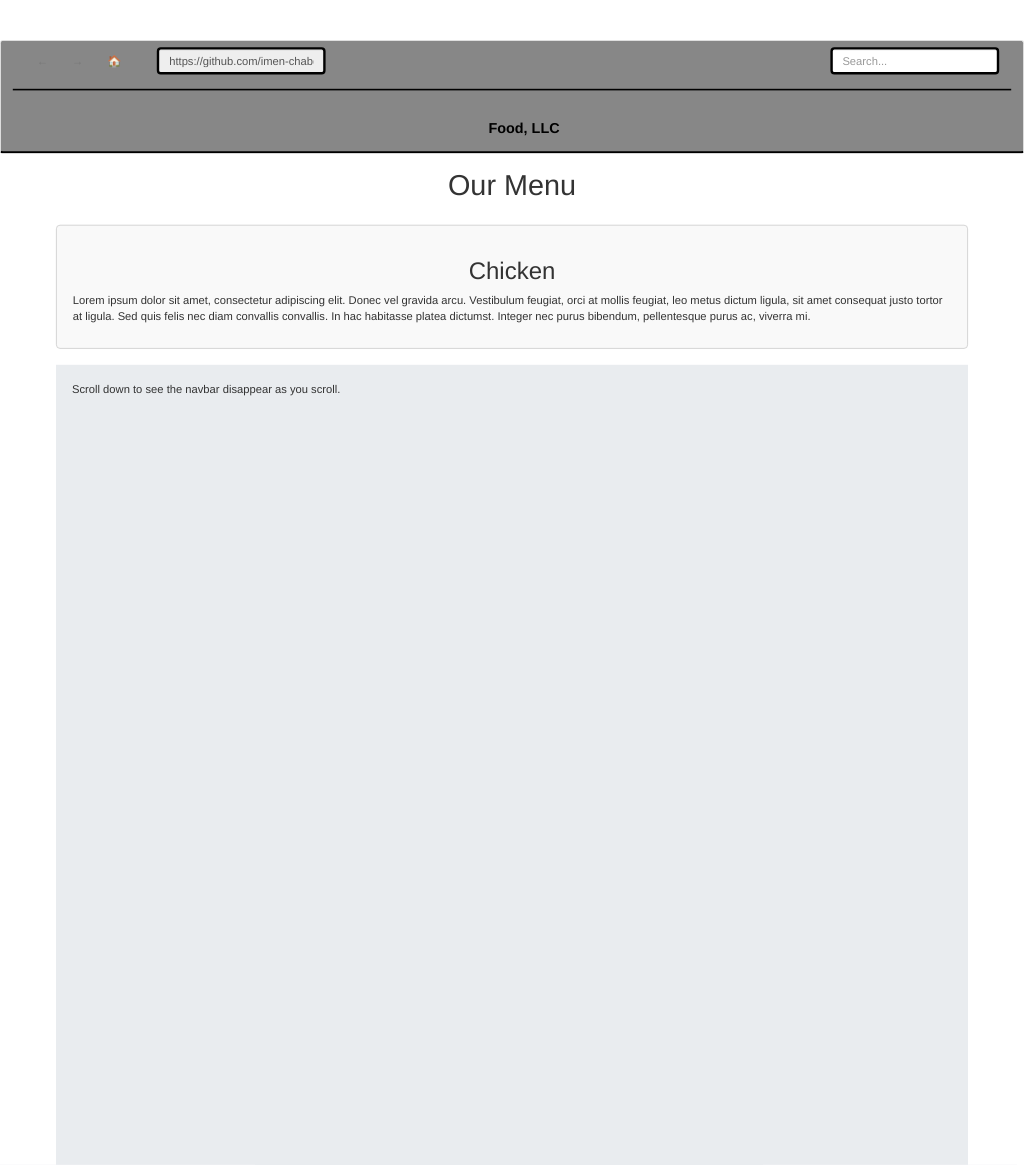
Repository: imen-chabchoub/coursera-test1
Page: mod3-solution/index.html
An editor plug-in stored every save of this project. The page is shown before and after the next save, followed by the edit.
The browser window is 1280 px wide. The pictures show the whole page, at 80% of full size.

Above is the page before, as saved 2025-02-12 15:14:12.

After the next save:
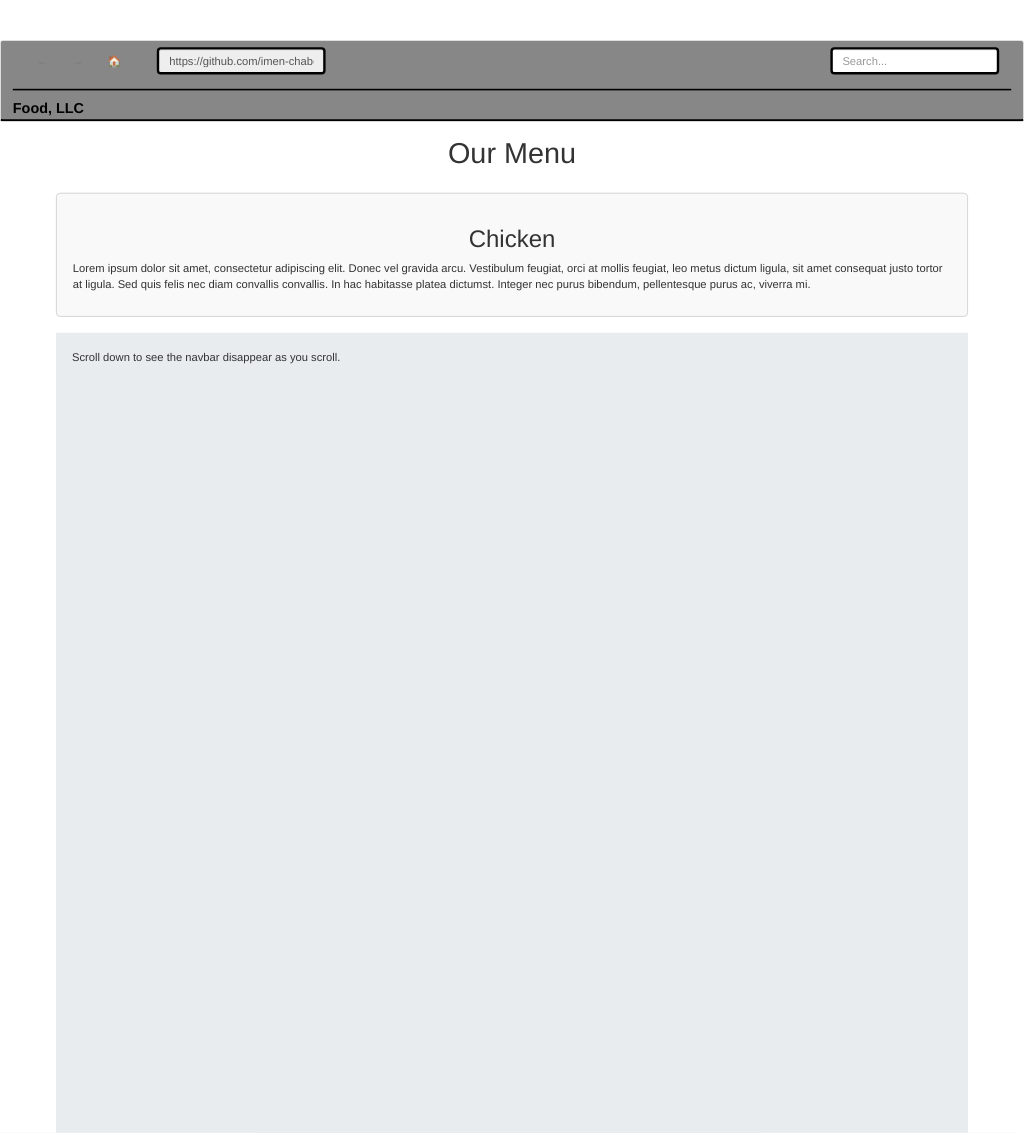
Saved 2 min 48 s later.
--- a/mod3-solution/index.html
+++ b/mod3-solution/index.html
@@ -36,9 +36,7 @@
                 </div>
             </div><!-- /.navbar-collapse -->
             <div class="navbar-divider"></div>
-            <div class="navbar-text">
-                <span class="navbar-brand-text">Food, LLC</span>
-            </div>
+            <span class="navbar-brand-text">Food, LLC</span>
         </div><!-- /.container-fluid -->
     </nav>
 
